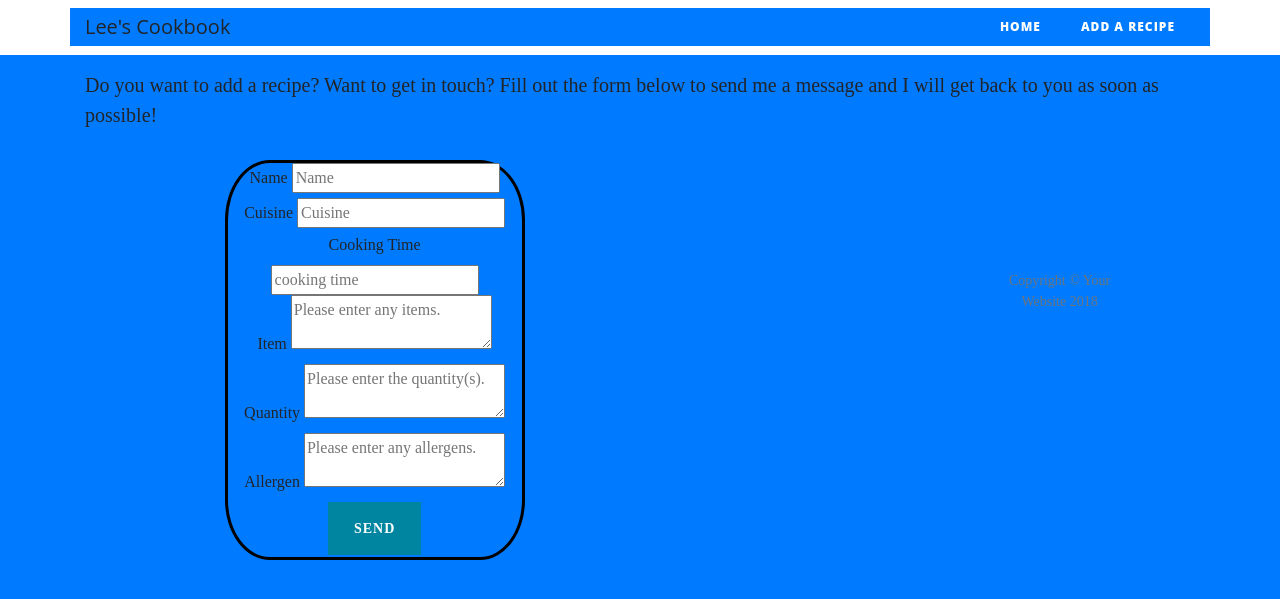
Repository: leemolton/recipes-project
Page: http://localhost/add_recipe
The author's editor kept a record of every edit. The page is drawn from the files as they stood at one moment, then again after the next edit.
The browser window is 1280 px wide. The pictures show the whole page.
The page is served by the project's application, run on Flask 3 (run.py). Other server files are loaded and not shown. Queries for data that is not in the repository find no rows.

Above is the page before.

### templates/add.html
{% extends 'base.html' %}
{% block content %}

<p>Do you want to add a recipe? Want to get in touch? Fill out the form below to send me a message and I will get back to you as soon as possible!</p>
<form action="{{url_for('insert_recipe')}}" method="POST" class="col s12">
  <div class="row">
    <div class="col-lg-8 col-md-10 mx-auto">
      {% with messages = get_flashed_messages() %}
      {% if messages %}
      <ul class="flashes">
        {% for message in messages %}
        <li>{{ message }}</li>
        {% endfor %}
      </ul>
      {% endif %}
      {% endwith %}
      <form>
        <div class="ingredients-fields-container">
		      <div id="box1" class="box_title">
            <form method="POST" name="sentMessage" id="contactForm" action="/add">
                <label>Name</label>
                <input type="text" placeholder="Name" name="name" id="name" required data-validation-required-message="Please enter your name.">
                </br>
                <label>Cuisine</label>
                <input type="cuisine" placeholder="Cuisine" name="cuisine" id="cuisine" required data-validation-required-message="Please enter your cuisine.">
                </br>
                <label>Cooking Time</label>
                <input type="cooking_time" placeholder="cooking time" name="cooking_time" id="cooking_time" required data-validation-required-message="Please enter the cooking time.">
                </br>
                <label>Item</label>
                <textarea name="item" placeholder="Please enter any items." required data-validation-required-message="Please enter any items." ></textarea>
                </br>
                <label>Quantity</label>
                <textarea name="quantity" placeholder="Please enter the quantity(s)." required data-validation-required-message="Please enter the quantity(s)."></textarea>
                </br>
                <label>Allergen</label>
                <textarea name="allergen" placeholder="Please enter any allergens."required data-validation-required-message="Please enter any allergens."></textarea>
                </br>
            <div id="success">
              <div class="form-group">
                <button type="submit" class="btn btn-primary" id="sendMessageButton">Send</button>
              </div>
            </div>
          </form>
        </div>
      </div>
{% endblock %}

### templates/base.html
<!DOCTYPE html>
<html lang="en">
    <head>
        <title>Cooking Recipe Dashboard</title>
        <link rel="stylesheet" href="{{ url_for('static', filename='vendor/bootstrap/css/bootstrap.min.css') }}" rel="stylesheet">
        <link rel="stylesheet" href="{{ url_for('static', filename='css/clean-blog.css') }}" type="text/css"/>
        <link rel="stylesheet" href="{{ url_for('static', filename='css/style.css') }}" type="text/css"/>
    </head>
    <body>
       <!-- Navigation -->
    <nav class="navbar navbar-expand-lg navbar-light fixed-top" id="mainNav">
      <div class="container">
        <a href="{{url_for('get_recipes')}}" class="brand-logo">Lee's Cookbook</a>
        <div class="collapse navbar-collapse" id="navbarResponsive">
          <ul class="navbar-nav ml-auto">
            <li class="nav-item">
              <a class="nav-link" href="{{ url_for('index') }}">Home</a></li>
            <li class="nav-item">
              <a class="nav-link" href="{{ url_for('add_recipe') }}">Add a recipe</a></li>
          </ul>
        </div>
      </div>
    </nav>

    <!-- Main Content -->
    <div class="container">
      {% block content %}
      {% endblock %}
    </div>

    <!-- Footer -->
    <footer>
      <div class="container">
        <div class="row">
          <div class="col-lg-8 col-md-10 mx-auto">
            <ul class="list-inline text-center">
              <li class="list-inline-item">
                <a href="#">
                  <span class="fa-stack fa-lg">
                    <i class="fa fa-circle fa-stack-2x"></i>
                    <i class="fa fa-twitter fa-stack-1x fa-inverse"></i>
                  </span>
                </a>
              </li>
            </ul>
            <p class="copyright text-muted">Copyright &copy; Your Website 2018</p>
        </div>
      </div>
    </footer>

    <!-- Bootstrap core JavaScript -->
    <script src="{{ url_for('static', filename='vendor/jquery/jquery.min.js') }}"></script>
    <script src="{{ url_for('static', filename='vendor/bootstrap/js/bootstrap.bundle.min.js') }}"></script>

    <!-- Custom scripts for this template -->
    <script src="{{ url_for('static', filename='js/clean-blog.min.js') }}"></script>
    </body>
</html>

### run.py
import os
import json
from flask import Flask, render_template, redirect, request, url_for, flash
from flask_pymongo import PyMongo
from pymongo import MongoClient
from bson.objectid import ObjectId

app = Flask(__name__)
app.secret_key = 'some_secret'
app.config['MONGO_DBNAME'] = 'myrecipedb'
app.config['MONGO_URI'] = 'mongodb://root:Everton9@ds145881.mlab.com:45881/myrecipedb'

mongo = PyMongo(app)

# Get username from Cloud9 workspace
# (modify this variable if running on another environment)
username = os.getenv('C9_USER')

@app.route('/')
def index():
    return render_template("index.html")


@app.route('/get_recipes')
def get_recipes():
    return render_template("recipes.html", recipes=mongo.db.recipe.find())


@app.route('/add_recipe')
def add_recipe():
    categories=mongo.db.categories.find()
    return render_template("add.html")


@app.route('/insert_recipe', methods=['POST'])
def insert_recipe():
     recipes = mongo.db.recipe
     recipes.insert_one(request.form.to_dict())
     flash('Thank you for your recipe!')
     return redirect(url_for('add_recipe'))


@app.route('/view_recipe/<recipe_id>')
def view_recipe(recipe_id):
    the_recipe = mongo.db.recipe.find_one({'_id': ObjectId(recipe_id)})
    return render_template('viewrecipe.html', recipe=the_recipe)


@app.route('/find_recipe', methods=['GET', 'POST'])
def find_recipe():
    if request.method=='POST':

        # get search term
        search_term = request.form.get("search_term")

        # create the index
        mongo.db.recipe.create_index( [("$**", 'text')] )

        # search with the search term that came through the search bar
        cursor = mongo.db.recipe.find({ "$text": { "$search": search_term } })
        recipes = [recipe for recipe in cursor]
        print(search_term)

        # send recipes to page
        return render_template('search.html', recipes=recipes, query=search_term)

    return render_template('search.html')



if __name__ == '__main__':
    app.run(host=os.environ.get('IP'),
            port=int(os.environ.get('PORT')),
            debug=True)

### static/css/clean-blog.css
/*!
 * Start Bootstrap - Clean Blog v5.0.5 (https://startbootstrap.com/template-overviews/clean-blog)
 * Copyright 2013-2019 Start Bootstrap
 * Licensed under MIT (https://github.com/BlackrockDigital/startbootstrap-clean-blog/blob/master/LICENSE)
 */

body {
  font-size: 20px;
  color: #212529;
  font-family: 'Lora', 'Times New Roman', serif;
}

p {
  line-height: 1.5;
  margin: 30px 0;
}

p a {
  text-decoration: underline;
}

h1,
h2,
h3,
h4,
h5,
h6 {
  font-weight: 800;
  font-family: 'Open Sans', 'Helvetica Neue', Helvetica, Arial, sans-serif;
}

a {
  color: #212529;
  -webkit-transition: all 0.2s;
  transition: all 0.2s;
}

a:focus, a:hover {
  color: #0085A1;
}

blockquote {
  font-style: italic;
  color: #868e96;
}

.section-heading {
  font-size: 36px;
  font-weight: 700;
  margin-top: 60px;
}

.caption {
  font-size: 14px;
  font-style: italic;
  display: block;
  margin: 0;
  padding: 10px;
  text-align: center;
  border-bottom-right-radius: 5px;
  border-bottom-left-radius: 5px;
}

::selection {
  color: #fff;
  background: #0085A1;
  text-shadow: none;
}

img::selection {
  color: #fff;
  background: transparent;
}

img::-moz-selection {
  color: #fff;
  background: transparent;
}

#mainNav {
  position: absolute;
  border-bottom: 1px solid #e9ecef;
  background-color: white;
  font-family: 'Open Sans', 'Helvetica Neue', Helvetica, Arial, sans-serif;
}

#mainNav .navbar-brand {
  font-weight: 800;
  color: #343a40;
}

#mainNav .navbar-toggler {
  font-size: 12px;
  font-weight: 800;
  padding: 13px;
  text-transform: uppercase;
  color: #343a40;
}

#mainNav .navbar-nav > li.nav-item > a {
  font-size: 12px;
  font-weight: 800;
  letter-spacing: 1px;
  text-transform: uppercase;
}

@media only screen and (min-width: 992px) {
  #mainNav {
    border-bottom: 1px solid transparent;
    background: transparent;
  }
  #mainNav .navbar-brand {
    padding: 10px 20px;
    color: #fff;
  }
  #mainNav .navbar-brand:focus, #mainNav .navbar-brand:hover {
    color: rgba(255, 255, 255, 0.8);
  }
  #mainNav .navbar-nav > li.nav-item > a {
    padding: 10px 20px;
    color: #fff;
  }
  #mainNav .navbar-nav > li.nav-item > a:focus, #mainNav .navbar-nav > li.nav-item > a:hover {
    color: rgba(255, 255, 255, 0.8);
  }
}

@media only screen and (min-width: 992px) {
  #mainNav {
    -webkit-transition: background-color 0.2s;
    transition: background-color 0.2s;
    /* Force Hardware Acceleration in WebKit */
    -webkit-transform: translate3d(0, 0, 0);
    transform: translate3d(0, 0, 0);
    -webkit-backface-visibility: hidden;
  }
  #mainNav.is-fixed {
    /* when the user scrolls down, we hide the header right above the viewport */
    position: fixed;
    top: -67px;
    -webkit-transition: -webkit-transform 0.2s;
    transition: -webkit-transform 0.2s;
    transition: transform 0.2s;
    transition: transform 0.2s, -webkit-transform 0.2s;
    border-bottom: 1px solid white;
    background-color: rgba(255, 255, 255, 0.9);
  }
  #mainNav.is-fixed .navbar-brand {
    color: #212529;
  }
  #mainNav.is-fixed .navbar-brand:focus, #mainNav.is-fixed .navbar-brand:hover {
    color: #0085A1;
  }
  #mainNav.is-fixed .navbar-nav > li.nav-item > a {
    color: #212529;
  }
  #mainNav.is-fixed .navbar-nav > li.nav-item > a:focus, #mainNav.is-fixed .navbar-nav > li.nav-item > a:hover {
    color: #0085A1;
  }
  #mainNav.is-visible {
    /* if the user changes the scrolling direction, we show the header */
    -webkit-transform: translate3d(0, 100%, 0);
    transform: translate3d(0, 100%, 0);
  }
}

header.masthead {
  margin-bottom: 50px;
  background: no-repeat center center;
  background-color: #868e96;
  background-attachment: scroll;
  position: relative;
  background-size: cover;
}

header.masthead .overlay {
  position: absolute;
  top: 0;
  left: 0;
  height: 100%;
  width: 100%;
  background-color: #212529;
  opacity: 0.5;
}

header.masthead .page-heading,
header.masthead .post-heading,
header.masthead .site-heading {
  padding: 200px 0 150px;
  color: white;
}

@media only screen and (min-width: 768px) {
  header.masthead .page-heading,
  header.masthead .post-heading,
  header.masthead .site-heading {
    padding: 200px 0;
  }
}

header.masthead .page-heading,
header.masthead .site-heading {
  text-align: center;
}

header.masthead .page-heading h1,
header.masthead .site-heading h1 {
  font-size: 50px;
  margin-top: 0;
}

header.masthead .page-heading .subheading,
header.masthead .site-heading .subheading {
  font-size: 24px;
  font-weight: 300;
  line-height: 1.1;
  display: block;
  margin: 10px 0 0;
  font-family: 'Open Sans', 'Helvetica Neue', Helvetica, Arial, sans-serif;
}

@media only screen and (min-width: 768px) {
  header.masthead .page-heading h1,
  header.masthead .site-heading h1 {
    font-size: 80px;
  }
}

header.masthead .post-heading h1 {
  font-size: 35px;
}

header.masthead .post-heading .meta,
header.masthead .post-heading .subheading {
  line-height: 1.1;
  display: block;
}

header.masthead .post-heading .subheading {
  font-size: 24px;
  font-weight: 600;
  margin: 10px 0 30px;
  font-family: 'Open Sans', 'Helvetica Neue', Helvetica, Arial, sans-serif;
}

header.masthead .post-heading .meta {
  font-size: 20px;
  font-weight: 300;
  font-style: italic;
  font-family: 'Lora', 'Times New Roman', serif;
}

header.masthead .post-heading .meta a {
  color: #fff;
}

@media only screen and (min-width: 768px) {
  header.masthead .post-heading h1 {
    font-size: 55px;
  }
  header.masthead .post-heading .subheading {
    font-size: 30px;
  }
}

.post-preview > a {
  color: #212529;
}

.post-preview > a:focus, .post-preview > a:hover {
  text-decoration: none;
  color: #0085A1;
}

.post-preview > a > .post-title {
  font-size: 30px;
  margin-top: 30px;
  margin-bottom: 10px;
}

.post-preview > a > .post-subtitle {
  font-weight: 300;
  margin: 0 0 10px;
}

.post-preview > .post-meta {
  font-size: 18px;
  font-style: italic;
  margin-top: 0;
  color: #868e96;
}

.post-preview > .post-meta > a {
  text-decoration: none;
  color: #212529;
}

.post-preview > .post-meta > a:focus, .post-preview > .post-meta > a:hover {
  text-decoration: underline;
  color: #0085A1;
}

@media only screen and (min-width: 768px) {
  .post-preview > a > .post-title {
    font-size: 36px;
  }
}

.floating-label-form-group {
  font-size: 14px;
  position: relative;
  margin-bottom: 0;
  padding-bottom: 0.5em;
  border-bottom: 1px solid #dee2e6;
}

.floating-label-form-group input,
.floating-label-form-group textarea {
  font-size: 1.5em;
  position: relative;
  z-index: 1;
  padding: 0;
  resize: none;
  border: none;
  border-radius: 0;
  background: none;
  -webkit-box-shadow: none !important;
  box-shadow: none !important;
  font-family: 'Lora', 'Times New Roman', serif;
}

.floating-label-form-group input::-webkit-input-placeholder,
.floating-label-form-group textarea::-webkit-input-placeholder {
  color: #868e96;
  font-family: 'Lora', 'Times New Roman', serif;
}

.floating-label-form-group label {
  font-size: 0.85em;
  line-height: 1.764705882em;
  position: relative;
  z-index: 0;
  top: 2em;
  display: block;
  margin: 0;
  -webkit-transition: top 0.3s ease, opacity 0.3s ease;
  transition: top 0.3s ease, opacity 0.3s ease;
  vertical-align: middle;
  vertical-align: baseline;
  opacity: 0;
}

.floating-label-form-group .help-block {
  margin: 15px 0;
}

.floating-label-form-group-with-value label {
  top: 0;
  opacity: 1;
}

.floating-label-form-group-with-focus label {
  color: #0085A1;
}

form .form-group:first-child .floating-label-form-group {
  border-top: 1px solid #dee2e6;
}

footer {
  padding: 50px 0 65px;
}

footer .list-inline {
  margin: 0;
  padding: 0;
}

footer .copyright {
  font-size: 14px;
  margin-bottom: 0;
  text-align: center;
}

.btn {
  font-size: 14px;
  font-weight: 800;
  padding: 15px 25px;
  letter-spacing: 1px;
  text-transform: uppercase;
  border-radius: 0;
  font-family: 'Open Sans', 'Helvetica Neue', Helvetica, Arial, sans-serif;
}

.btn-primary {
  background-color: #0085A1;
  border-color: #0085A1;
}

.btn-primary:hover, .btn-primary:focus, .btn-primary:active {
  color: #fff;
  background-color: #00657b !important;
  border-color: #00657b !important;
}

.btn-lg {
  font-size: 16px;
  padding: 25px 35px;
}

### static/css/style.css
/*--------------Main Body------------*/

body {
	margin-left: auto;
	margin-right: auto;
	padding-top: 40px;
	background-color: #007bff;
}

.container {
    background-color: #007bff;
}

.container2 {
   width: 100%;
   height: 90%;
   margin: 0 auto -25px;
   position: relative;
   background-size: 100% 600px;
   display: block;
}

.row {
    width: 50%;
}

.headline-image {
    width: 500px;
}

.p {
    color: blue;
    font-size: 12px;
}

.wrapper {
    float: right;
    width: 50%;
}


/*--------------Navigation bar------------*/

.nav-navbar-nav {
    background-color: blue;
}

.nav navbar-fixed-top navbar-default {
	height: 20%;
}

.nav-navbar-nav {
    background-color: blue;
    min-height: 10%;
}

.ul {
    padding: 0;
    margin: 0 0 0 150px;
    list-style: none;
}

.li {
    float:right;
}

.label {
    color: white;
}


/*--------------Add recipe form------------*/

.ingredients-fields-container {
    width: 400px;
    display: block;
    float: left;
    text-align: center;
}

.row {
	height: 100%;
	width: 100%;
	text-align: left;
    margin-left: auto;
	margin-right: auto;
}

.box_title {
	width: 300px;
	height: 400px;
	text-align: center;
	border-style: solid;
	border-radius: 15%;
	display: block;
	font-size: medium;
	border-color: black;
	margin-left: auto;
	margin-right: auto;
}

.form {
    width: 4000px;
    display: inline-block;
}


.footer {
	text-align: left;
	height: 10px;
}

.label {
    width: 300px;
    border-radius: 5px;
    text-align: center;
}

.label.field {
    display: block;
    text-align: center;
    width: 100px;
    float: left;
}

.option {
    width: 100px;
    border-radius: 2px;
    background-color: red;
}

.viewrec {
    display:inline-block;
}

.input {
    width: 100%;
}

.textarea {
    resize: both;
    max-height: 300px;
}

.input, .textarea {
    outline: none;
    border: 1px solid #ddd;
}

.input:focus, .textarea:focus {
    box-shadow: 0 0 4px rgba(255, 0, 0, 0.5);
    border: 1px solid #ddd;
}

/*--------------Recipe cards------------*/

.card {
    width: 300px;
    height: 300px;
}

.card-image {
    width: 300px;
    height: 200px;
}

.card img {
    width: 300px;
    height: 200px;
}

.card-title {
    font-size: 20px;
    font: Arial;
    color: blue;
}

.card-content {
    width: 300px;
    height: 200px;
}


/*--------------Buttons------------*/
.btn {
    font-family: serif;
}

.btn-info {
    background-color: green;
}

Loaded but not shown: static/js/clean-blog.min.js (common file)

After the next edit:
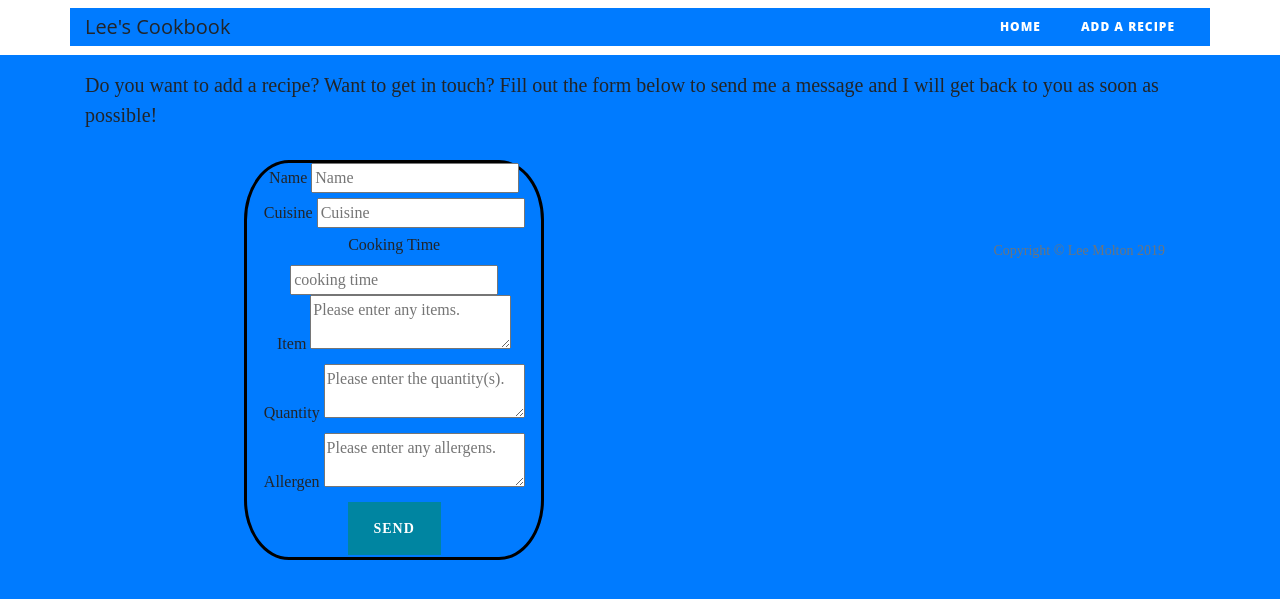
The edit:
--- a/templates/base.html
+++ b/templates/base.html
@@ -32,18 +32,7 @@
     <footer>
       <div class="container">
         <div class="row">
-          <div class="col-lg-8 col-md-10 mx-auto">
-            <ul class="list-inline text-center">
-              <li class="list-inline-item">
-                <a href="#">
-                  <span class="fa-stack fa-lg">
-                    <i class="fa fa-circle fa-stack-2x"></i>
-                    <i class="fa fa-twitter fa-stack-1x fa-inverse"></i>
-                  </span>
-                </a>
-              </li>
-            </ul>
-            <p class="copyright text-muted">Copyright &copy; Your Website 2018</p>
+            <p class="copyright text-muted">Copyright &copy; Lee Molton 2019</p>
         </div>
       </div>
     </footer>
